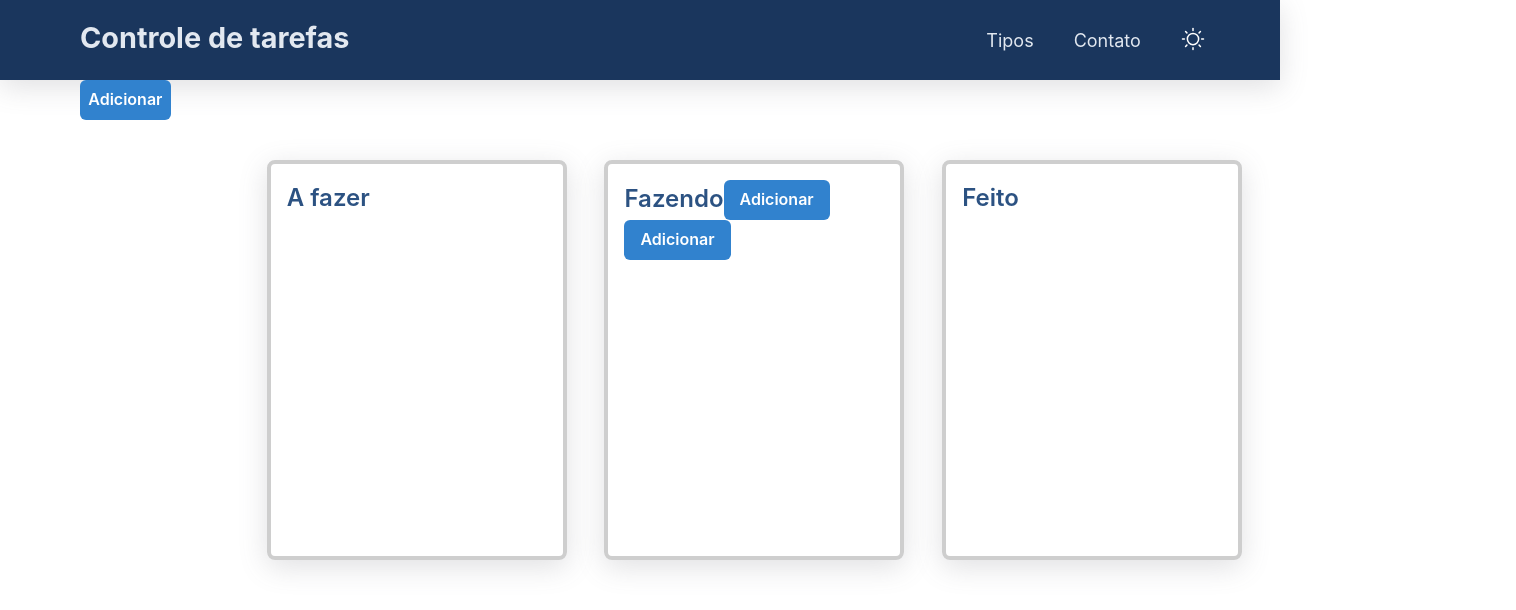
Repository: leosulzbach/Hackaton-Relampago
Page: /home (app in Front/)
The author's editor kept a copy of each file at every save. The page is drawn from the files as they stood at one save, then again after the next save.
The browser window is 1280 px wide. The page is 1280 px wide, then 1516 px, so the pictures cover 1516 px, including what lies to the right of the window. The pictures show the whole page.
The page's requests for data from a server got no answer. The project was rebuilt for these pictures with package versions that can differ from the ones it lists, and the page was loaded fresh each time. No one was signed in, and anything a server would have sent is missing. Also part of the build but not shown: Front/vite.config.ts.

Above is the page before, as saved 2022-11-07 16:19:50.

After the next save:
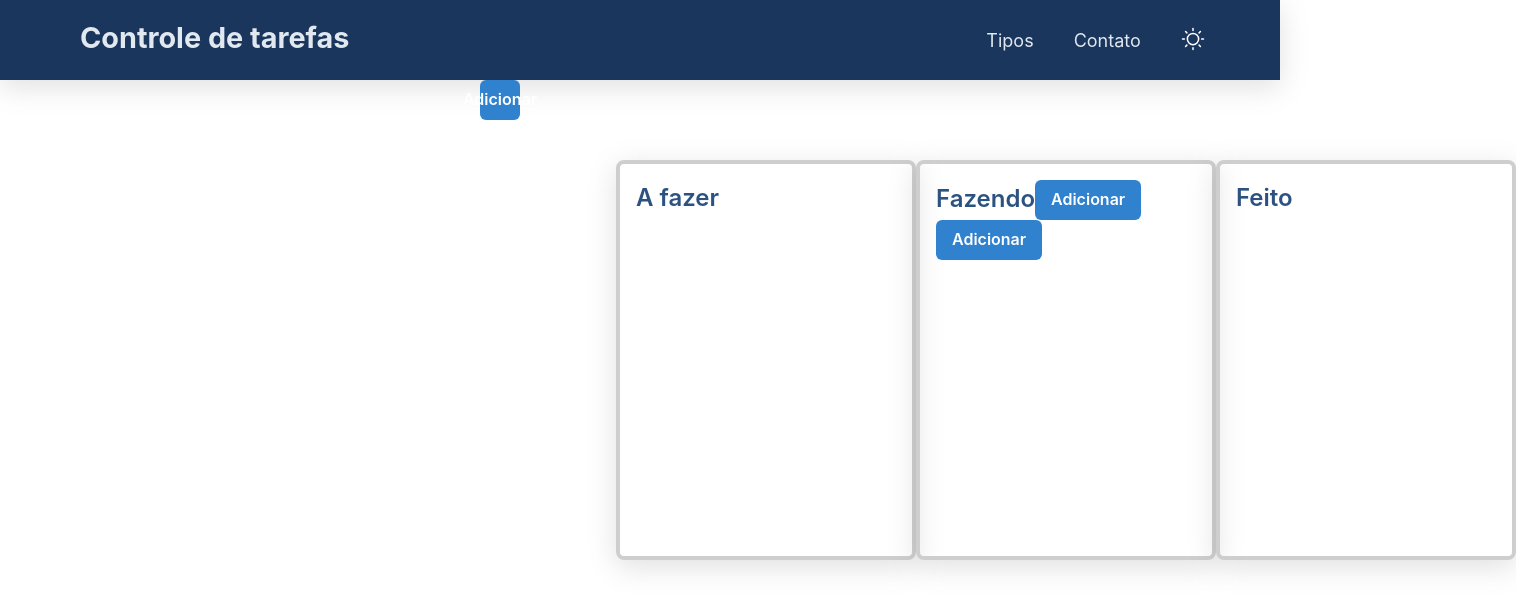
Saved 9 s later.
--- a/Front/src/Pages/home.tsx
+++ b/Front/src/Pages/home.tsx
@@ -48,7 +48,7 @@ export const Home = () => {
          <Button
           colorScheme='blue'
           mt={"5rem"}
-          ml={"5rem"}
+          ml={"30rem"}
           >Adicionar</Button>
 
             <Grid
